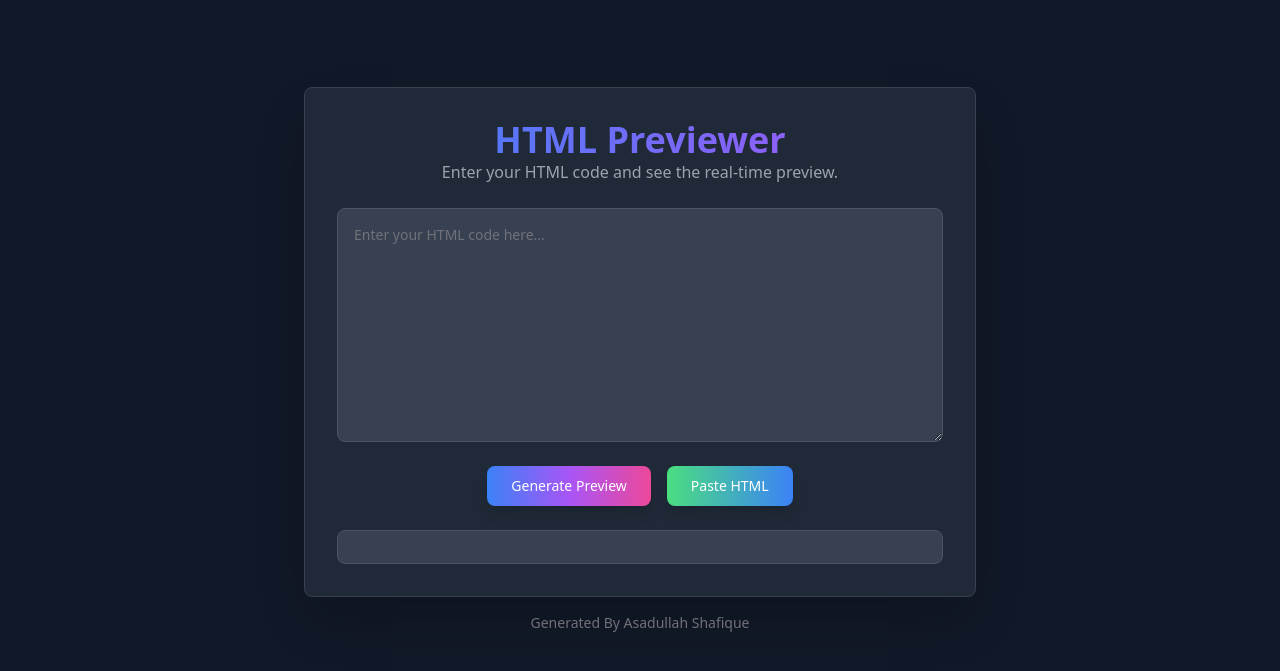
Repository: asadullah48/13_html_previewer_app
Page: /
These files come from the project's save history. The page is drawn as it stood at one moment and after the next save; the edit follows.
The browser window is 1280 px wide. The pictures show the whole page.
The project was rebuilt for these pictures with package versions that can differ from the ones it lists, and the page was loaded fresh each time. The framework's server and built-in components were replaced by stand-ins that run in the browser. Also part of the build but not shown: next.config.mjs, components/predefinedHtml.ts.

Above is the page before, as saved 2024-10-20 12:08:12.

### app/page.tsx
import HTMLPreview from "@/components/html-previewer";

export default function Home() {
  return (
    <div>
      <HTMLPreview />
    </div>
  );
}

### app/globals.css
@tailwind base;
@tailwind components;
@tailwind utilities;

body {
  font-family: system-ui, -apple-system, BlinkMacSystemFont, 'Segoe UI', Roboto, Oxygen, Ubuntu, Cantarell, 'Open Sans', 'Helvetica Neue', sans-serif;
}

@layer utilities {
  .text-balance {
    text-wrap: balance;
  }
}

@layer base {
  :root {
    --background: 10 1% 95.9%;
    --foreground: 240 10% 5.9%;
    --card: 10 1% 95.9%;
    --card-foreground: 240 10% 3.9%;
    --popover: 10 1% 95.9%;
    --popover-foreground: 240 10% 3.9%;
    --primary: 240 5.9% 10%;
    --primary-foreground: 0 0% 98%;
    --secondary: 240 4.8% 95.9%;
    --secondary-foreground: 240 5.9% 10%;
    --muted: 240 4.8% 95.9%;
    --muted-foreground: 240 3.8% 46.1%;
    --accent: 240 4.8% 95.9%;
    --accent-foreground: 240 5.9% 10%;
    --destructive: 0 84.2% 60.2%;
    --destructive-foreground: 0 0% 98%;
    --border: 240 5.9% 90%;
    --input: 240 5.9% 90%;
    --ring: 240 10% 3.9%;
    --chart-1: 12 76% 61%;
    --chart-2: 173 58% 39%;
    --chart-3: 197 37% 24%;
    --chart-4: 43 74% 66%;
    --chart-5: 27 87% 67%;
    --radius: 0.5rem;
  }
  .dark {
    --background: 240 10% 3.9%;
    --foreground: 0 0% 98%;
    --card: 240 10% 3.9%;
    --card-foreground: 0 0% 98%;
    --popover: 240 10% 3.9%;
    --popover-foreground: 0 0% 98%;
    --primary: 0 0% 98%;
    --primary-foreground: 240 5.9% 10%;
    --secondary: 240 3.7% 15.9%;
    --secondary-foreground: 0 0% 98%;
    --muted: 240 3.7% 15.9%;
    --muted-foreground: 240 5% 64.9%;
    --accent: 240 3.7% 15.9%;
    --accent-foreground: 0 0% 98%;
    --destructive: 0 62.8% 30.6%;
    --destructive-foreground: 0 0% 98%;
    --border: 240 3.7% 15.9%;
    --input: 240 3.7% 15.9%;
    --ring: 240 4.9% 83.9%;
    --chart-1: 220 70% 50%;
    --chart-2: 160 60% 45%;
    --chart-3: 30 80% 55%;
    --chart-4: 280 65% 60%;
    --chart-5: 340 75% 55%;
  }
}

@layer base {
  * {
    @apply border-border;
  }
  body {
    @apply bg-background text-foreground;
  }
}

### components/html-previewer.tsx
"use client";

import React, { useState, ChangeEvent } from "react";

import { Textarea } from "@/components/ui/textarea";
import { Button } from "@/components/ui/button";

import { predefinedHtml } from "./predefinedHtml";

export default function HTMLPreviewComponent() {

  const [htmlCode, setHtmlCode] = useState<string>("");
  const [previewHtml, setPreviewHtml] = useState<string>("");

  const handlePreview = (): void => {
    setPreviewHtml(htmlCode);
  };


  const handlePasteHtml = (): void => {
    setHtmlCode(predefinedHtml);
  };

  const handleChange = (e: ChangeEvent<HTMLTextAreaElement>): void => {
    setHtmlCode(e.target.value);
  };

  return (
    <div className="flex flex-col items-center justify-center min-h-screen bg-gray-900 text-white">
      {/* HTML Previewer Card */}
      <div className="w-full max-w-2xl p-8 rounded-lg shadow-2xl bg-gray-800 border border-gray-700 transition-all hover:border-blue-500 hover:shadow-blue-500/50">
        <h1 className="text-4xl font-extrabold text-center text-gradient bg-gradient-to-r from-blue-500 to-purple-500 text-transparent bg-clip-text">
          HTML Previewer
        </h1>
        <p className="text-gray-400 mb-6 text-center">
          Enter your HTML code and see the real-time preview.
        </p>

        <div className="grid gap-6">
          {/* Textarea for entering HTML code */}
          <Textarea
            value={htmlCode}
            onChange={handleChange}
            placeholder="Enter your HTML code here..."
            className="p-4 rounded-lg border border-gray-600 bg-gray-700 text-white placeholder-gray-400 focus:border-indigo-500 focus:ring-1 focus:ring-indigo-500"
            rows={10}
          />

          {/* Buttons for Generate Preview and Paste HTML */}
          <div className="flex justify-center gap-4">
            <Button
              onClick={handlePreview}
              className="px-6 py-2 bg-gradient-to-r from-blue-500 via-purple-500 to-pink-500 text-white rounded-lg shadow-lg hover:bg-gradient-to-l hover:shadow-purple-500/50 transition-all"
            >
              Generate Preview
            </Button>
            <Button
              onClick={handlePasteHtml}
              className="px-6 py-2 bg-gradient-to-r from-green-400 to-blue-500 text-white rounded-lg shadow-lg hover:shadow-green-500/50 transition-all"
            >
              Paste HTML
            </Button>
          </div>

          {/* HTML Preview Section */}
          <div className="p-4 rounded-lg border border-gray-600 bg-gray-700 text-white">
            <div dangerouslySetInnerHTML={{ __html: previewHtml }} />
          </div>
        </div>
      </div>
            {/* Footer section */}
            <footer className="mt-4 text-sm text-muted-foreground">
        Generated By Asadullah Shafique
      </footer>
    </div>
  );
}

### components/ui/textarea.tsx
import * as React from "react"

import { cn } from "@/lib/utils"

export interface TextareaProps
  extends React.TextareaHTMLAttributes<HTMLTextAreaElement> {}

const Textarea = React.forwardRef<HTMLTextAreaElement, TextareaProps>(
  ({ className, ...props }, ref) => {
    return (
      <textarea
        className={cn(
          "flex min-h-[80px] w-full rounded-md border border-input bg-background px-3 py-2 text-sm ring-offset-background placeholder:text-muted-foreground focus-visible:outline-none focus-visible:ring-2 focus-visible:ring-ring focus-visible:ring-offset-2 disabled:cursor-not-allowed disabled:opacity-50",
          className
        )}
        ref={ref}
        {...props}
      />
    )
  }
)
Textarea.displayName = "Textarea"

export { Textarea }

### components/ui/button.tsx
import * as React from "react"
import { Slot } from "@radix-ui/react-slot"
import { cva, type VariantProps } from "class-variance-authority"

import { cn } from "@/lib/utils"

const buttonVariants = cva(
  "inline-flex items-center justify-center gap-2 whitespace-nowrap rounded-md text-sm font-medium ring-offset-background transition-colors focus-visible:outline-none focus-visible:ring-2 focus-visible:ring-ring focus-visible:ring-offset-2 disabled:pointer-events-none disabled:opacity-50 [&_svg]:pointer-events-none [&_svg]:size-4 [&_svg]:shrink-0",
  {
    variants: {
      variant: {
        default: "bg-primary text-primary-foreground hover:bg-primary/90",
        destructive:
          "bg-destructive text-destructive-foreground hover:bg-destructive/90",
        outline:
          "border border-input bg-background hover:bg-accent hover:text-accent-foreground",
        secondary:
          "bg-secondary text-secondary-foreground hover:bg-secondary/80",
        ghost: "hover:bg-accent hover:text-accent-foreground",
        link: "text-primary underline-offset-4 hover:underline",
      },
      size: {
        default: "h-10 px-4 py-2",
        sm: "h-9 rounded-md px-3",
        lg: "h-11 rounded-md px-8",
        icon: "h-10 w-10",
      },
    },
    defaultVariants: {
      variant: "default",
      size: "default",
    },
  }
)

export interface ButtonProps
  extends React.ButtonHTMLAttributes<HTMLButtonElement>,
    VariantProps<typeof buttonVariants> {
  asChild?: boolean
}

const Button = React.forwardRef<HTMLButtonElement, ButtonProps>(
  ({ className, variant, size, asChild = false, ...props }, ref) => {
    const Comp = asChild ? Slot : "button"
    return (
      <Comp
        className={cn(buttonVariants({ variant, size, className }))}
        ref={ref}
        {...props}
      />
    )
  }
)
Button.displayName = "Button"

export { Button, buttonVariants }

Loaded but not shown: app/layout.tsx (common file); lib/utils.ts (common file); tailwind.config.ts (common file)

After the next save:
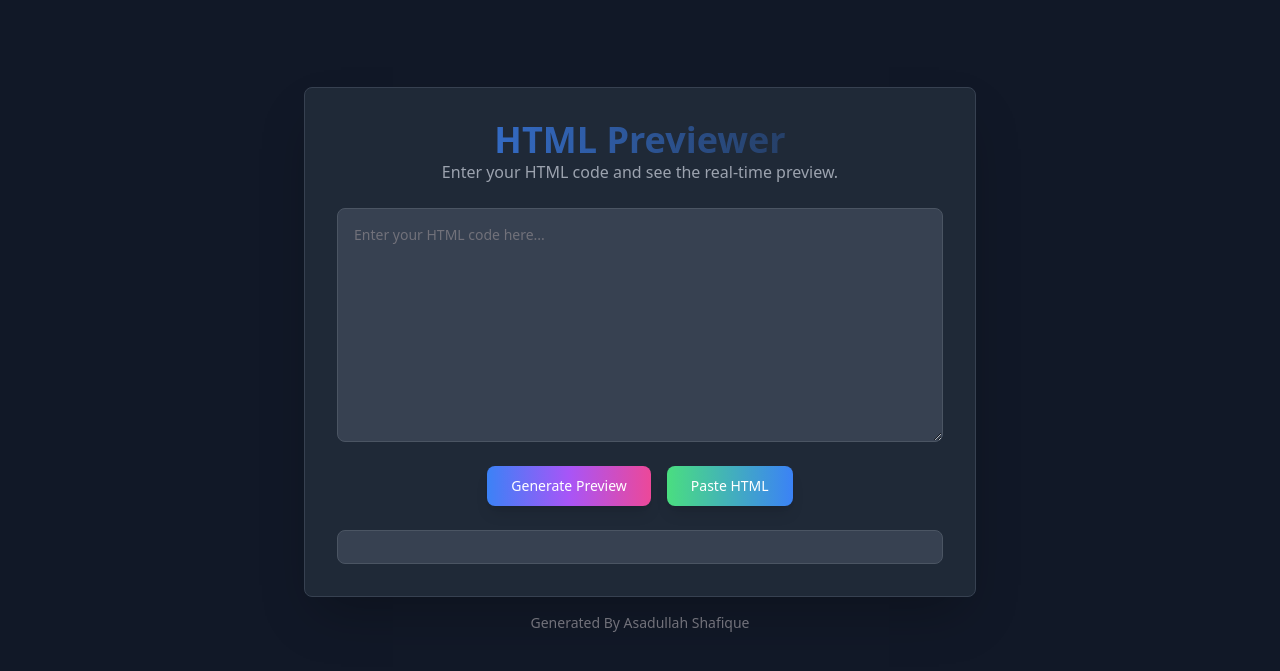
Saved 8 s later.
--- a/components/html-previewer.tsx
+++ b/components/html-previewer.tsx
@@ -29,7 +29,7 @@ export default function HTMLPreviewComponent() {
     <div className="flex flex-col items-center justify-center min-h-screen bg-gray-900 text-white">
       {/* HTML Previewer Card */}
       <div className="w-full max-w-2xl p-8 rounded-lg shadow-2xl bg-gray-800 border border-gray-700 transition-all hover:border-blue-500 hover:shadow-blue-500/50">
-        <h1 className="text-4xl font-extrabold text-center text-gradient bg-gradient-to-r from-blue-500 to-purple-500 text-transparent bg-clip-text">
+        <h1 className="text-4xl font-extrabold text-center text-gradient bg-gradient-to-r from-blue-500 to--500 text-transparent bg-clip-text">
           HTML Previewer
         </h1>
         <p className="text-gray-400 mb-6 text-center">
